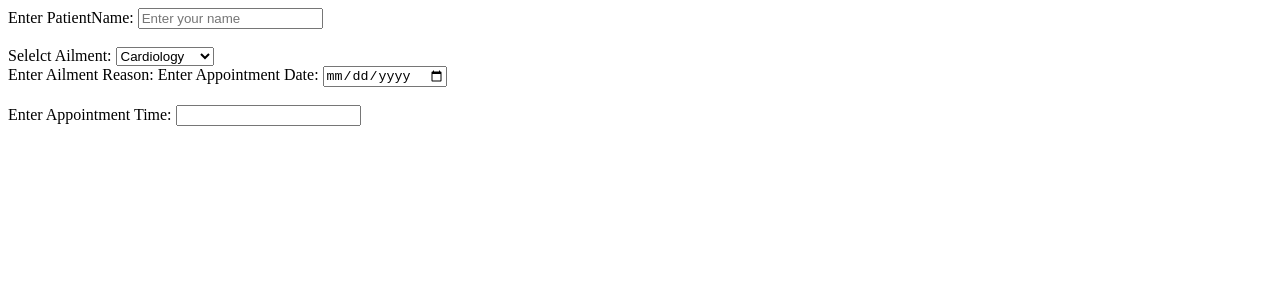
Repository: Pravinkumar-Raja/Appointment-Scheduling
Page: http://localhost/AppointmentProject/WEB-INF/views/Appoint.jsp
These files come from the project's save history. The page is drawn as it stood at one moment and after the next save; the edit follows.
The browser window is 1280 px wide. The pictures show the whole page.
The page is served by Tomcat 9. Nobody is signed in. Other server files are loaded and not shown. The template is opened directly, without the code that normally fills it, so the values that code supplies are empty.

Above is the page before, as saved 2025-12-02 08:37:06.

### AppointmentProject/src/main/webapp/WEB-INF/views/Appoint.jsp
<html>
	<body>
		<form action="./confirm" method="post">

			Enter PatientName: <input type="text" name="patientName" placeholder="Enter your name"/><br><br>
			Selelct Ailment: <select name="ailmentType">
				<option value="cardiology">Cardiology</option>
				<option value="Dermatology">Dermatology</option>
				<option value="Pediatrics">Pediatric</option>
				<option value="Orthopedics">Orthopedics</option>
			</select><br>
			Enter Ailment Reason:
			Enter Appointment Date: <input type="date" name="appointmentDate"/><br><br>
			Enter Appointment Time: <input type="text" name="appointmentTime"/><br><br>

After the next save:
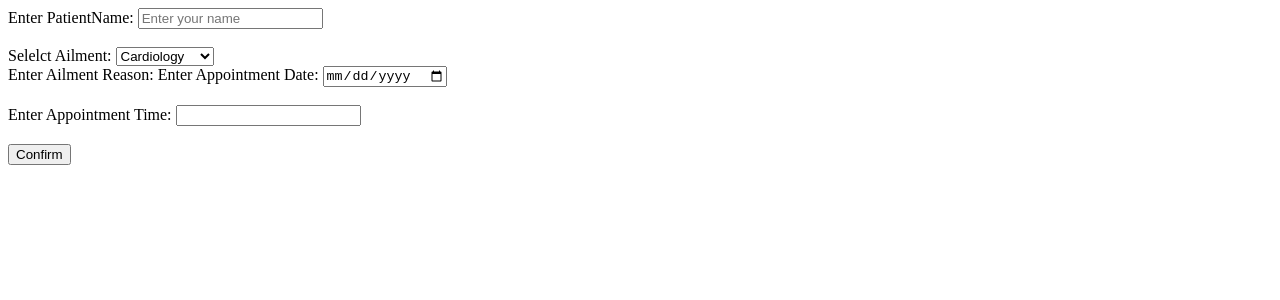
Saved 31 s later.
--- a/AppointmentProject/src/main/webapp/WEB-INF/views/Appoint.jsp
+++ b/AppointmentProject/src/main/webapp/WEB-INF/views/Appoint.jsp
@@ -12,3 +12,4 @@
 			Enter Ailment Reason:
 			Enter Appointment Date: <input type="date" name="appointmentDate"/><br><br>
 			Enter Appointment Time: <input type="text" name="appointmentTime"/><br><br>
+			<button type="submit">Confirm</button>
